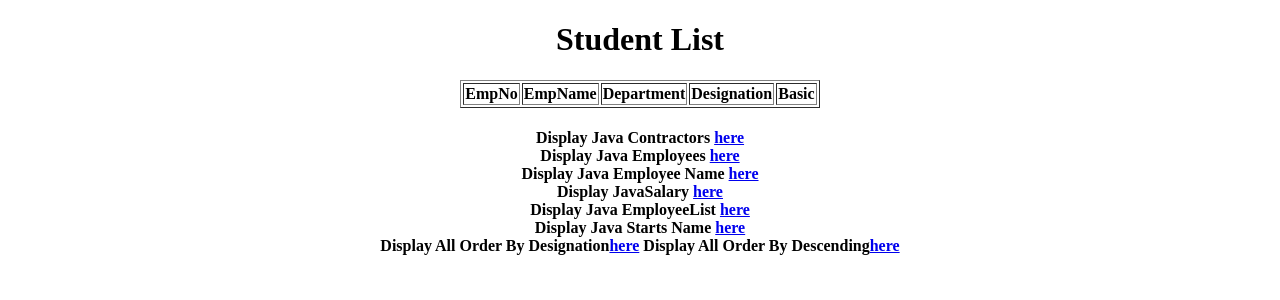
Repository: anisha-r/Sts
Page: http://localhost/AdvSpringData/WEB-INF/views/home.jsp
The author's editor kept a copy of each file at every save. The page is drawn from the files as they stood at one save, then again after the next save.
The browser window is 1280 px wide. The pictures show the whole page.
The page is served by Tomcat 9. Nobody is signed in. Other server files are loaded and not shown. The template is opened directly, without the code that normally fills it, so the values that code supplies are empty.

Above is the page before, as saved 2019-10-16 04:57:54.

### AdvSpringData/src/main/webapp/WEB-INF/views/home.jsp
<%@page contentType="text/html" pageEncoding="UTF-8"%>
<!DOCTYPE HTML PUBLIC "-//W3C//DTD HTML 4.01 Transitional//EN"
   "http://www.w3.org/TR/html4/loose.dtd">
<%@ taglib uri="http://java.sun.com/jsp/jstl/core" prefix="c" %>

<html>
<head>
<meta http-equiv="Content-Type" content="text/html; charset=UTF-8">
<title>Student Management Screen</title>
</head>
<body>
	<div align="center">
		<h1>Student List</h1>

		<table border="1">

			<th>EmpNo</th>
			<th>EmpName</th>
			<th>Department</th>
			<th>Designation</th>
			<th>Basic</th>



			<c:forEach var="employ" items="${employList}">
				<tr>

					<td>${employ.empno}</td>
					<td>${employ.name}</td>
					<td>${employ.dept}</td>
					<td>${employ.desig}</td>
					<td>${employ.basic}</td>
					</c:forEach>
		</table>
		<h4>
		Display Java Contractors <a href="/displayjavacontractors">here</a><br/>
		Display Java Employees <a href="/displayjava">here</a><br/>
		Display Java Employee Name <a href="/displayjavaname">here</a><br/>
		Display JavaSalary <a href="/displayjavasalary">here</a><br/>
	   Display Java EmployeeList <a href="/displayjavaEmployeeList">here</a><br/>
	Display Java Starts Name <a href="/displayjavaEmployee">here</a><br/>
	Display All Order By Designation<a href="/displayAllSortByDesig">here</a>
	Display All Order By Descending<a href="/displayAllSortByDesc">here</a>
		</h4>
	</div>
</body>
</html>

After the next save:
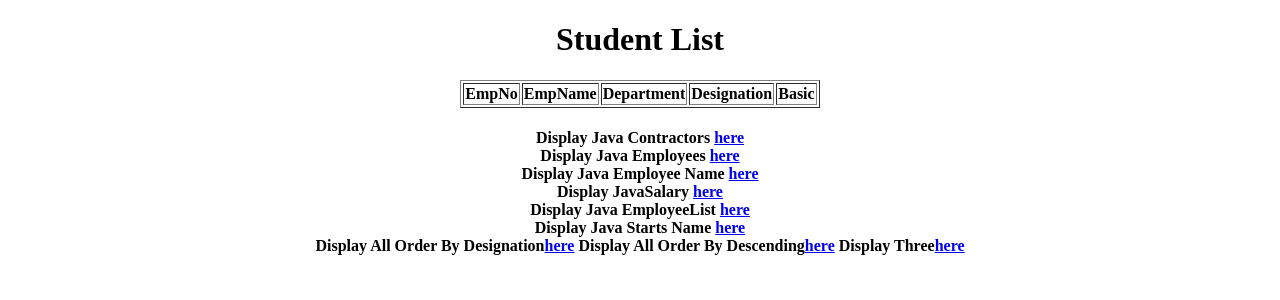
Saved 28 s later.
--- a/AdvSpringData/src/main/webapp/WEB-INF/views/home.jsp
+++ b/AdvSpringData/src/main/webapp/WEB-INF/views/home.jsp
@@ -41,6 +41,7 @@
 	Display Java Starts Name <a href="/displayjavaEmployee">here</a><br/>
 	Display All Order By Designation<a href="/displayAllSortByDesig">here</a>
 	Display All Order By Descending<a href="/displayAllSortByDesc">here</a>
+	Display Three<a href="/displayThree">here</a>
 		</h4>
 	</div>
 </body>
